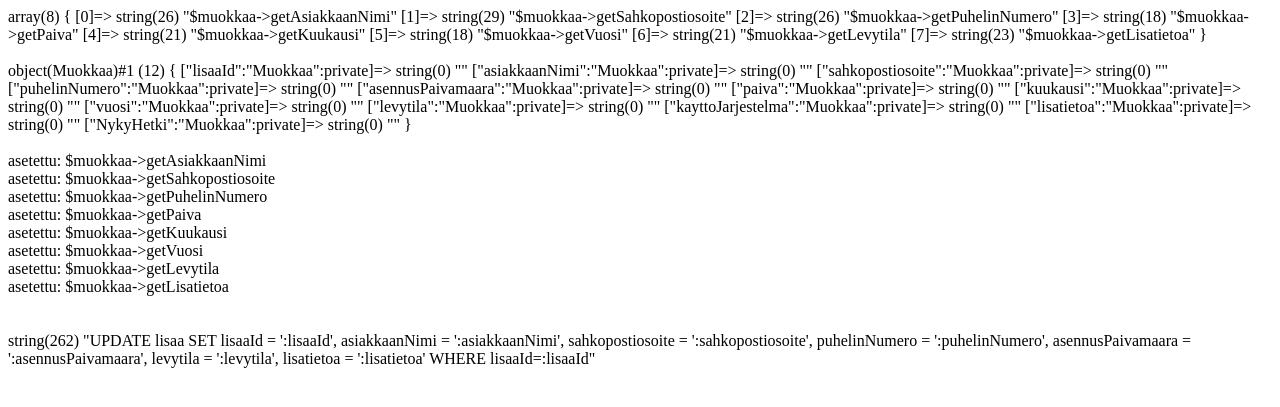
Repository: TommiKurjensalo/php
Page: http://localhost/test/function_to_function.php
An editor plug-in stored every save of this project. The page is shown before and after the next save, followed by the edit.
The browser window is 1280 px wide. The pictures show the whole page.
The page is run by PHP 8.4 with error messages shown; the project is at /var/www/html/.

Above is the page before, as saved 2017-04-25 16:41:22.

### sivut/test/function_to_function.php
<?php

$m = new Muokkaa("","asiakas@jee.org","040-988474","02","03","2017","332","3","Lisätietoa");

$m->muokkaaAsiakas($m);

class Muokkaa {

	// luokan attribuutit
	private $lisaaId = "";
	private $asiakkaanNimi = "";
	private $sahkopostiosoite = "";
	private $puhelinNumero = "";
	private $asennusPaivamaara = "";
	private $paiva = "";
	private $kuukausi = "";
	private $vuosi = "";
	private $levytila = "";
	private $kayttoJarjestelma = "";
	private $lisatietoa = "";
	private $NykyHetki = "";

	// Etsitään sopiva konstruktori
	function __construct() {
		$get_arguments       = func_get_args();
		$number_of_arguments = func_num_args();

		if (method_exists($this, $method_name = '__construct'.$number_of_arguments)) {
			call_user_func_array(array($this, $method_name), $get_arguments);
		}
	}


	// Luokan konstruktori
	public function __construct10($uusiAsiakkaanNimi = "", $uusiSahkopostiosoite = "", $uusiPuhelinNumero = "",
			$uusiPaiva = "", $uusiKuukausi = "", $uusiVuosi = "",
			$uusiLevytila = "", $uusiKayttoJarjestelma = "", $uusiLisatietoa = "")
	{

		// trim poistaa tyhjät merkkijonon alusta ja lopusta
		//$this->lisaaId = ($uusiId);
		$this->asiakkaanNimi = trim($uusiAsiakkaanNimi);
		$this->sahkopostiosoite = trim($uusiSahkopostiosoite);
		$this->puhelinNumero = trim($uusiPuhelinNumero);
		$this->paiva = trim($uusiPaiva);
		$this->kuukausi = trim($uusiKuukausi);
		$this->vuosi = trim($uusiVuosi);
		$this->levytila = trim($uusiLevytila);
		$this->kayttoJarjestelma = trim($uusiKayttoJarjestelma);
		$this->lisatietoa = trim($uusiLisatietoa);
	}

	// Luokan konstruktori haeAsiakas toimintoa varten
	public function __construct2($uusiId="", $uusiAsiakkaanNimi = "")

	{
		// trim poistaa tyhjät merkkijonon alusta ja lopusta
		$this->lisaaId = ($uusiId);
		$this->asiakkaanNimi = trim($uusiAsiakkaanNimi);
		$this->paiva = trim($uusiPaiva);
		$this->kuukausi = trim($uusiKuukausi);
		$this->vuosi = trim($uusiVuosi);
		$this->kayttoJarjestelma = trim($uusiKayttoJarjestelma);
	}

	// Muuttaa/asettaa lisaaId-attribuutin
	public function setLisaaId($uusiId) {
		$this->lisaaId = $uusiId;
	}

	// Palauttaa lisaaId-attribuutin
	public function getLisaaId() {
		return $this->lisaaId;
	}

	// Muuttaa/asettaa asiakkaanNimi-attribuutin
	public function setAsiakkaanNimi($uusiAsiakkaanNimi) {
		$this->asiakkaanNimi = $uusiAsiakkaanNimi;
	}

	// Palauttaa asiakkaanNimi-attribuutin
	public function getAsiakkaanNimi() {
		return $this->asiakkaanNimi;
	}


	// $empty kertoo, saako kenttä olla tyhjä (FALSE=>ei saa olla eli on pakollinen)
	// $min kertoo kentän minimipituuden merkkeinä
	// $max kertoo kentän maksimipituuden merkkeinä
	public function checkAsiakkaanNimi($required, $min, $max) {

		// Jos kenttä saa olla tyhjä ja se on tyhjä, ei ole virhettä
		if ($required === FALSE && strlen($this->asiakkaanNimi) == 0)
			return 0;

		if ($required === TRUE) {
			// Jos kenttä on tyhjä
			if (strlen($this->asiakkaanNimi) == 0)
				return 1;

			// Jos kentässä on liian vähän tai liikaa merkkejä
			if (strlen($this->asiakkaanNimi) < $min || strlen($this->asiakkaanNimi) > $max)
				return 2;

			// Jos kentässä on sinne kuulumattomia merkkejä
			if (preg_match("/[^a-zåäöA-ZÅÄÖ0-9 \-]/", $this->asiakkaanNimi))
				return 3;

		}
		// Ei ollut virheitä
		return 0;

	}

	// *******************************************************
	// Muuttaa/asettaa sahkopostiosoite-attribuutin
	public function setSahkopostiosoite($uusiSahkopostiosoite) {
		$this->sahkopostiosoite = $uusiSahkopostiosoite;
	}

	// Palauttaa sahkopostiosoite-attribuutin
	public function getSahkopostiosoite() {
		return $this->sahkopostiosoite;
	}

	public function checkSahkopostiosoite($required) {

		// Jos kenttä saa olla tyhjä ja se on tyhjä, ei ole virhettä
		if ($required === FALSE && strlen($this->sahkopostiosoite) == 0)
			return 0;

		if ($required == TRUE) {
			// Jos kenttä on tyhjä
			if (strlen($this->sahkopostiosoite) == 0)
				return 4;

			// Jos kentässä on sinne kuulumattomia merkkejä
			// Hyväksytyt merkit ovat A-Z a-z 0-9 . - ja maatunnus 2-4 merkkiä (A-Z a-z)
			if (!preg_match('/^[A-Öa-ö0-9._-]+@[A-Öa-ö0-9.-]+\.[A-Za-z]{2,4}$/', $this->sahkopostiosoite))
				return 5;

		}

		return 0;
	}

	// *******************************************************
	// Muuttaa/asettaa puhelinNumero-attribuutin
	public function setPuhelinNumero($uusiPuhelinNumero) {
		$this->puhelinNumero = $uusiPuhelinNumero;
	}

	// Palauttaa puhelinNumero-attribuutin
	public function getPuhelinNumero() {
		return $this->puhelinNumero;
	}

	public function checkPuhelinNumero($required, $min, $max) {

		// Jos kenttä saa olla tyhjä ja se on tyhjä, ei ole virhettä
		if ($required === FALSE && strlen($this->puhelinNumero) == 0)
			return 0;

		if ($required === TRUE) {
			// Jos kenttä on tyhjä
			if (strlen($this->puhelinNumero) == 0)
				return 6;

			// Jos kentässä on liian vähän merkkejä/numeroita
			if (strlen($this->puhelinNumero) < $min || strlen($this->puhelinNumero) > $max) {
				return 20;
			}
			// Jos kentässä on sinne kuulumattomia merkkejä
			// Sallittu vain numerot 0-9, välilyönti ja välimerkki '-'
			elseif (!preg_match('/^(\d){0,4}[-]{1}[(\d\s)]{0,17}$/D', $this->puhelinNumero)) {
				return 7;
			}

		}
		// Ei ollut virheitä
		return 0;
	}

	// *******************************************************
	// Muuttaa/asettaa asennusPaivamaara-attribuutin
	public function setAsennusPaivamaara($uusiAsennusPaivamaara) {
		$this->asennusPaivamaara = $uusiAsennusPaivamaara;
	}

	// Palauttaa asennusPaivamaara-attribuutin
	public function getAsennusPaivamaara() {
		return $this->asennusPaivamaara;
	}

	// *******************************************************
	// Muuttaa/asettaa paiva-attribuutin
	public function setPaiva($uusiPaiva) {
		$this->paiva = $uusiPaiva;
	}

	// Palauttaa paiva-attribuutin
	public function getPaiva() {
		return $this->paiva;
	}

	// *******************************************************
	// Muuttaa/asettaa kuukausi-attribuutin
	public function setKuukausi($uusiKuukausi) {
		$this->kuukausi = $uusiKuukausi;
	}

	// Palauttaa kuukausi-attribuutin
	public function getKuukausi() {
		return $this->kuukausi;
	}

	// *******************************************************
	// Muuttaa/asettaa vuosi-attribuutin
	public function setVuosi($uusiVuosi) {
		$this->vuosi = $uusiVuosi;
	}

	// Palauttaa vuosi-attribuutin
	public function getVuosi() {
		return $this->vuosi;
	}

	// Palauttaa nykyhetki-attribuutin
	// Käytetään testaukseen
	public function getNykyHetki() {
		return $this->NykyHetki;
	}

	public function checkAsennusPaivamaara($required) {


		if ($required === TRUE) {
			// Jos kentät on tyhjiä

			if (strpos($this->paiva, 'none') !==FALSE || strpos($this->kuukausi, 'none') !==FALSE
					|| strpos($this->vuosi, 'none') !==FALSE) {
						return 8;
					}
					// Määritellään muuttujia päivämäärän tulevaisuuden tarkistamista varten
					$paivaFormaatti='j.n.Y';
					$nykyHetki = new DateTime('now', new DateTimeZone('Europe/Helsinki'));
					// Muutetaan tuodut päivä,kuukausi ja vuositiedot DateTime muotoon, jotta sitä voidaan helpommin vertailla
					// ja viedä yhdellä muuttujalle tiedot sivulle
					$DateAsennusPaivamaara = DateTime::createFromFormat($paivaFormaatti,"$this->paiva.$this->kuukausi.$this->vuosi");
					$this->asennusPaivamaara = $DateAsennusPaivamaara;
					$this->NykyHetki = $nykyHetki;

					// Jos asetettu päivämääärä on tulevaisuudessa
					if($DateAsennusPaivamaara > $nykyHetki)
						return 9;
		}
		// Muuten palautetaan 0, aka kaikki hyvin
		return 0;
	}

	public function setErotteleAsennusPaivamaara($asennusPaivamaara) {

		if (!empty($asennusPaivamaara)) {
			list($uusiVuosi,$uusiKuukausi,$UusiPaiva) = explode(".",$asennusPaivamaara);

			$this->setPaiva($UusiPaiva);
			$this->setKuukausi($uusiKuukausi);
			$this->setVuosi($uusiVuosi);
		}


	}

	// *******************************************************
	// Muuttaa/asettaa levytila-attribuutin
	public function setLevytila($uusiLevytila) {
		$this->levytila = $uusiLevytila;
	}

	// Palauttaa levytila-attribuutin
	public function getLevytila() {
		return $this->levytila;
	}

	public function checkLevytila($required) {

		// Jos kenttä saa olla tyhjä ja se on tyhjä, ei ole virhettä
		if ($required === FALSE && strlen($this->levytila) == 0)
			return 0;

		if ($required === TRUE) {
			// Jos kenttä on tyhjä
			if (strlen($this->levytila) == 0)
				return 10;

			// Jos kentässä on sinne kuulumattomia merkkejä
			if (preg_match("[\d{1-5}]", $this->levytila))
				return 11;

			// Jos levytila on 0 tai negatiivinen kokonaisluku
			if ($this->levytila <= 0)
				return 21;
		}

		return 0;
	}

	// *******************************************************
	// Muuttaa/asettaa kayttoJarjestelma-attribuutin
	public function setKayttoJarjestelma($uusiKayttoJarjestelma) {
		$this->kayttoJarjestelma = $uusiKayttoJarjestelma;
	}

	// Palauttaa kayttoJarjestelma-attribuutin
	public function getKayttoJarjestelma() {
		return $this->kayttoJarjestelma;
	}

	public function checkKayttoJarjestelma($required) {

		// Jos kenttä saa olla tyhjä ja se on tyhjä, ei ole virhettä
		if ($required === FALSE && strlen($this->kayttoJarjestelma) == 0)
			return 0;

		if ($required === TRUE) {
			// Jos käyttöjärjestelmää ei ole valittu
			if (strpos($this->kayttoJarjestelma, 'none') !==FALSE)
				return 12;
		}
		// Ei ollut virheitä
		return 0;
	}

	// *******************************************************
	// Muuttaa/asettaa kayttoJarjestelma-attribuutin
	public function setLisatietoa($uusiLisatietoa) {
		$this->lisatietoa = $uusiLisatietoa;
	}

	// Palauttaa kayttoJarjestelma-attribuutin
	public function getLisatietoa() {
		return $this->lisatietoa;
	}

	public function checkLisatietoa ($required, $min, $max) {

		// Jos kenttä saa olla tyhjä ja se on tyhjä, ei ole virhettä
		if ($required === FALSE && strlen($this->lisatietoa) == 0)
			return 0;


		if ($required === TRUE) {
			// Jos kenttä on tyhjä
			if (strlen($this->lisatietoa) == 0)
				return 13;

			// Jos kentässä on liian vähän tekstiä
			if (strlen($this->lisatietoa) < $min || strlen($this->lisatietoa) > $max)
				return 14;

		}
		// Ei ollut virheitä
		return 0;
	}

public function muokkaaAsiakas($muokkaa) {

	$tulos = array();
	$table = 'lisaa';
	$where = 'lisaaId=:lisaaId';
	$a = '$muokkaa->get';
	$lista = [$a.'AsiakkaanNimi',$a.'Sahkopostiosoite',$a.'PuhelinNumero',$a.'Paiva',$a.'Kuukausi',$a.'Vuosi',$a.'Levytila',$a.'Lisatietoa'];

	var_dump($lista);
	echo "<br><br>";
	var_dump($muokkaa);

	echo "<br><br>";
	for ($i=0; $i<=7; $i++) {
		if (isset($lista[$i])) {
			echo 'asetettu: ' .$lista[$i].'<br>';
		}
	}

	$data = ["lisaaId" => ":lisaaId","asiakkaanNimi" => ":asiakkaanNimi","sahkopostiosoite"=>":sahkopostiosoite","puhelinNumero"=>":puhelinNumero",
			"asennusPaivamaara"=>":asennusPaivamaara","levytila"=>":levytila","lisatietoa"=>":lisatietoa"];

	function build_sql_update($table, $data, $where)
	{
		$cols = array();

		foreach($data as $key=>$val) {
			$cols[] = "$key = '$val'";
		}
		$sql = "UPDATE $table SET " . implode(', ', $cols) . " WHERE $where";

		return $sql;
	}

	$sql_lisaa = build_sql_update($table,$data,$where);
	//$sql_lisaa = Muokkaa::build_sql_update($table, $data, $where);
	echo "<br><br>";
	var_dump($sql_lisaa);
}
}
?>

After the next save:
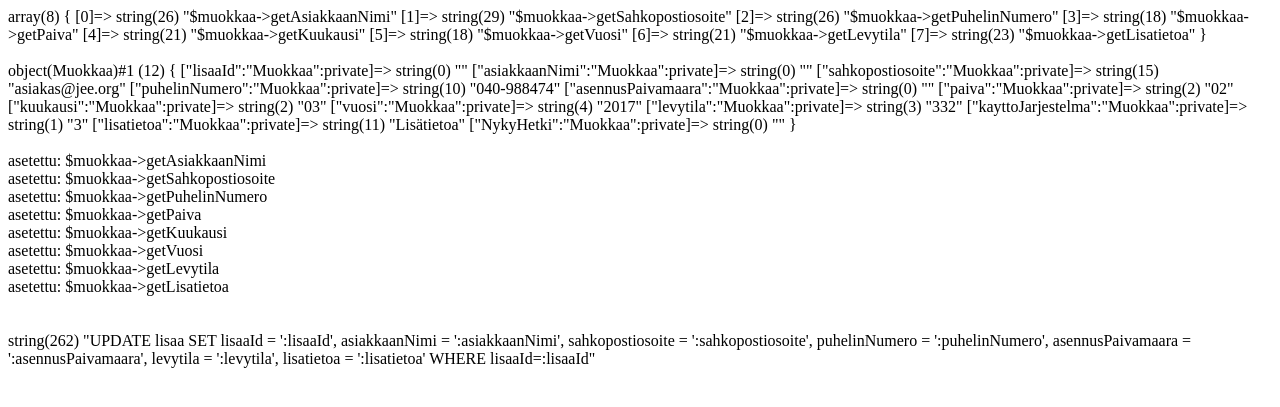
Saved 115 s later.
--- a/sivut/test/function_to_function.php
+++ b/sivut/test/function_to_function.php
@@ -32,7 +32,7 @@ class Muokkaa {
 
 
 	// Luokan konstruktori
-	public function __construct10($uusiAsiakkaanNimi = "", $uusiSahkopostiosoite = "", $uusiPuhelinNumero = "",
+	public function __construct9($uusiAsiakkaanNimi = "", $uusiSahkopostiosoite = "", $uusiPuhelinNumero = "",
 			$uusiPaiva = "", $uusiKuukausi = "", $uusiVuosi = "",
 			$uusiLevytila = "", $uusiKayttoJarjestelma = "", $uusiLisatietoa = "")
 	{
